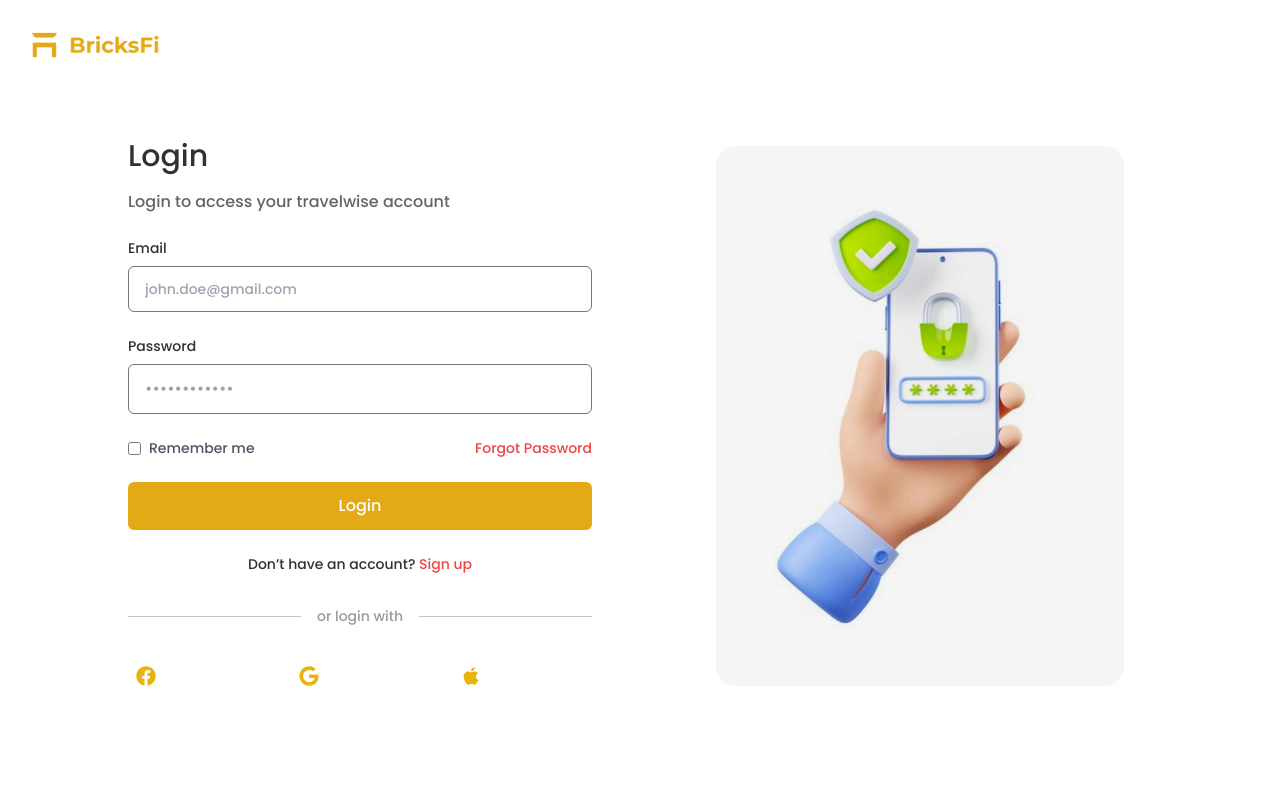
Repository: AyomideAkintade/BricksFi-Frontend
Page: /login (app in client/)
An editor plug-in stored every save of this project. The page is shown before and after the next save, followed by the edit.
The browser window is 1280 px wide. The pictures show the whole page.
The project was rebuilt for these pictures with package versions that can differ from the ones it lists, and the page was loaded fresh each time. Also part of the build but not shown: client/src/components/navbar.jsx, client/src/components/home.jsx, client/src/components/homeSecond.jsx, client/src/components/homeThird.jsx, client/src/components/homeFifth.jsx, client/src/components/homeSixth.jsx, client/src/components/homeSeventh.jsx, client/src/components/signup.jsx and 14 more.

Above is the page before, as saved 2024-10-04 22:15:57.

### client/src/index.css
@import "tailwindcss/base";
@import "tailwindcss/components";
@import "tailwindcss/utilities";


@font-face {
  font-family: Poppins;
  src: url(/src/assets/fonts/Poppins-Regular.ttf) format("truetype");
  src: url(/src/assets/fonts/Poppins-Bold.ttf) format("truetype");
  src: url(/src/assets/fonts/Poppins-Medium.ttf) format("truetype");

}

### client/src/App.js
import { BrowserRouter as Router, Route, Routes } from "react-router-dom";
import Home from "./pages/homePage";
import HomeFourth from "./components/login.jsx";
import HomeEight from "./components/signup.jsx";
import ForgotPasswordPage from "./components/forgotPassword.jsx";
import DashboardLayout from "./pages/dashboardLayout";
import DashboardPage from "./pages/dashboard.jsx";
import PieAnalytics from "./components/analytics.jsx";
import Discover from "./components/discover.jsx";
import SavedPropertyPage from "./components/savedProperties.jsx";
// import DiscoverPage from "./pages/discover.jsx";
// import SavedPropertyPage from "./pages/savedProperty.jsx";

function App() {
  return (
    <Router>
      <Routes>
        {/* Public Routes */}
        <Route path="/" element={<Home />} />
        <Route path="/login" element={<HomeFourth />} />
        <Route path="/signup" element={<HomeEight />} />
        <Route path="/forgot-password" element={<ForgotPasswordPage />} />

        {/* Dashboard Routes with Sidebar and Header */}
        <Route path="/dashboard" element={<DashboardLayout />}>
          <Route index element={<DashboardPage />} />
          <Route path="discover" element={<Discover/>} />
          <Route path="saved-property" element={<SavedPropertyPage/>} />
          <Route path="analytics" element={<PieAnalytics />} />
        </Route>
      </Routes>
    </Router>
  );
}

export default App;

### client/src/components/login.jsx
import React from "react";
import { FaFacebook, FaGoogle, FaApple } from "react-icons/fa";
import BricksFi from '../assets/bricksfi.png'
import LoginImage from './../assets/login-image.webp';
import { Link, useNavigate } from "react-router-dom";

const LoginPage = () => {
  const navigate = useNavigate(); // Initialize the useNavigate hook

  const handleSignUpClick = () => {
    navigate("/signup");
  };
  const handleLoginClick = () => {
    navigate("/dashboard");
  };
  const forgotPassword = () => {
    navigate("/forgot-password");
  };
  return (
    <div className="min-h-screen bg-white font-Poppins">
      <div className="bg-white rounded-lg w-full flex md:flex-row">
        {/* Left side: Form section */}
        <div className="w-full p-8">
          <div className="">
            <img
              src={ BricksFi}
              alt="BricksFi Logo"
              className="w-32 mr-2"
            />
            {/* <h1 className="text-2xl font-bold text-yellow-500">BricksFi</h1> */}
          </div>

          <div className="flex p-12 w-full items-center">

          <div className="w-1/2 px-12 py-8 flex flex-col gap-6 text-[#313131]">
            <div className="flex flex-col gap-4">
              <div className="text-3xl font-regular">Login</div>
              <div className="text-[#313131] text-base opacity-75">Login to access your travelwise account</div>
            </div>

            <form className="flex flex-col gap-6">
              <div className="">
                <label className="block text-sm font-medium mb-2">Email</label>
                <input
                  type="email"
                  placeholder="john.doe@gmail.com"
                  className="w-full px-4 py-3 border-[1px] text-sm rounded-md outline-none border-[#79747E]"
                />
              </div>
              <div className="">
                <label className="block text-sm mb-2">Password</label>
                <input
                  type="password"
                  placeholder="••••••••••••"
                  className="w-full px-4 py-3 border-[1px] rounded-md outline-none border-[#79747E]"
                />
              </div>

              <div className="flex items-center justify-between">
                <label className="flex items-center">
                  <input
                    type="checkbox"
                    className="form-checkbox text-yellow-500"
                  />
                  <span className="ml-2 text-sm text-gray-600">Remember me</span>
                </label>


                <Link to={"/forgot-password"} className="text-sm text-red-500 hover:underline">
                  Forgot Password
                </Link>
              </div>

              <button  onClick={handleLoginClick} className="w-full bg-[#E4AA15] text-white py-3 rounded-md  transition duration-200">
                Login
              </button>
            </form>

            <div className="flex flex-col items-center gap-8">
              <div className="">
                <p className="text-sm text-[#313131]">
                  Don’t have an account?{" "}
                  <Link to={"/signup"} className="text-red-500">
                    Sign up
                  </Link>
                </p>
              </div>
              <div className="relative w-full flex flex-col items-center">
                <div className="absolute w-full h-[1px] bg-[#31313149] top-[50%]"></div>
                <div className="text-sm text-[#3131317d] bg-white px-4 z-[1]">or login with</div>
              </div>
              <div className="flex justify-center gap-6 w-full">
                <button className="p-2 border-[1] border-[#E4AA15] w-full rounded-full text-yellow-500 hover:bg-gray-100 transition duration-200">
                  <FaFacebook size={20} />
                </button>
                <button className="p-2  border-[1] border-[#E4AA15] rounded-full w-full text-yellow-500 hover:bg-gray-100 transition duration-200">
                  <FaGoogle size={20} />
                </button>
                <button className="p-2  border-[1] border-[#E4AA15] rounded-full w-full text-yellow-500 hover:bg-gray-100 transition duration-200">
                  <FaApple size={20} />
                </button>
              </div>
            </div>
          </div>

                  {/* Right side: Image section */}
          <div className="w-1/2 p-2 flex justify-center">
            <img
              src={LoginImage}
              alt="Secure Login Illustration"
              className="w-3/4"
            />
          </div>

          </div>

          </div>


      </div>
    </div>
  );
};

export default LoginPage;

### client/tailwind.config.js
/** @type {import('tailwindcss').Config} */
module.exports = {
  content: ["./src/**/*.{html,js,jsx}"],
  theme: {
    extend: {
      fontFamily: {
        Poppins: ['Poppins'],
      }
    },
    screens: {
      sm: '640px',
      // => @media (min-width: 640px) { ... }

      md: '768px',
      // => @media (min-width: 768px) { ... }

      lg: '1024px',
      // => @media (min-width: 1024px) { ... }

      xl: '1280px',
      // => @media (min-width: 1280px) { ... }

      '2xl': '1536px',
      // => @media (min-width: 1536px) { ... }
      'custombp': {'raw': '(min-height: 375px),(min-width:768px)'}
    },
  },
  plugins: [],
}

Loaded but not shown: client/public/index.html (common file); client/src/index.js (common file); client/src/reportWebVitals.js (common file)

After the next save:
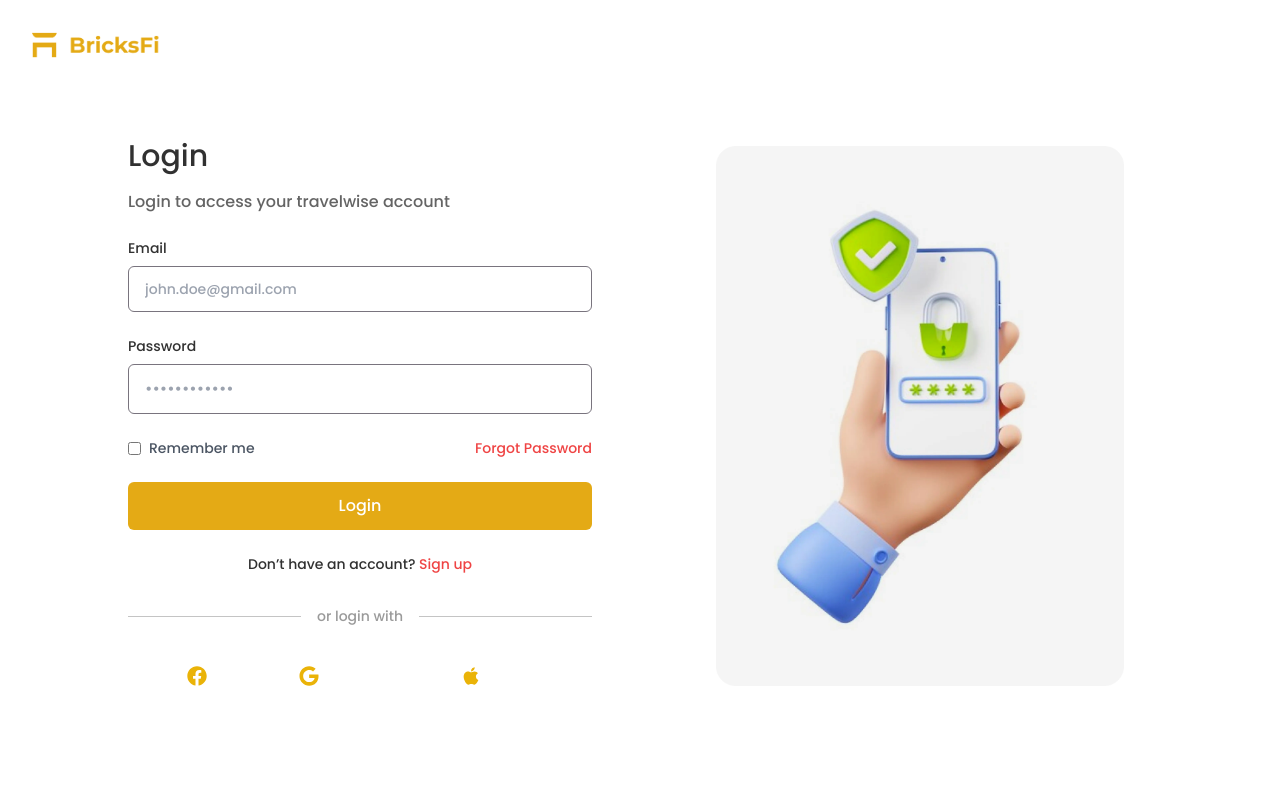
Saved 20 s later.
--- a/client/src/components/login.jsx
+++ b/client/src/components/login.jsx
@@ -90,7 +90,7 @@ const LoginPage = () => {
                 <div className="text-sm text-[#3131317d] bg-white px-4 z-[1]">or login with</div>
               </div>
               <div className="flex justify-center gap-6 w-full">
-                <button className="p-2 border-[1] border-[#E4AA15] w-full rounded-full text-yellow-500 hover:bg-gray-100 transition duration-200">
+                <button className="p-2 border-[1] border-[#E4AA15] w-full rounded-full text-yellow-500 hover:bg-gray-100 transition duration-200 flex items-center justify-center">
                   <FaFacebook size={20} />
                 </button>
                 <button className="p-2  border-[1] border-[#E4AA15] rounded-full w-full text-yellow-500 hover:bg-gray-100 transition duration-200">
